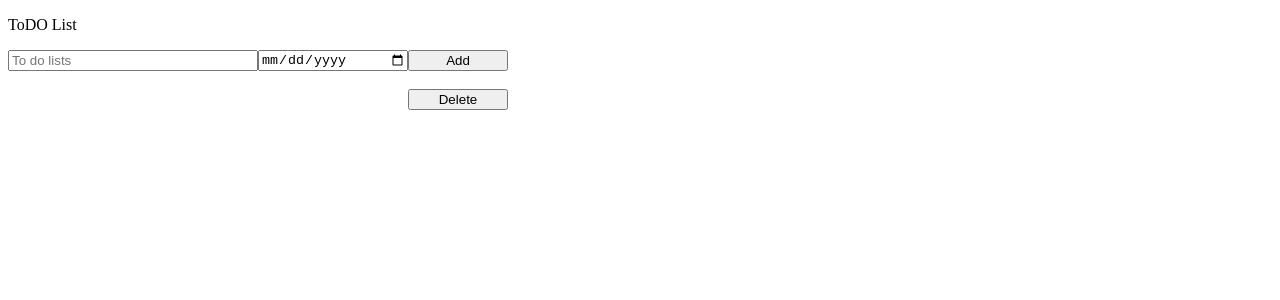
Repository: pgyunknown/ToDo-List
Page: index.html
An editor plug-in stored every save of this project. The page is shown before and after a run of saves, followed by the edit.
The browser window is 1280 px wide. The pictures show the whole page.

Above is the page before, as saved 2024-08-29 20:44:03.

After the next 2 saves:
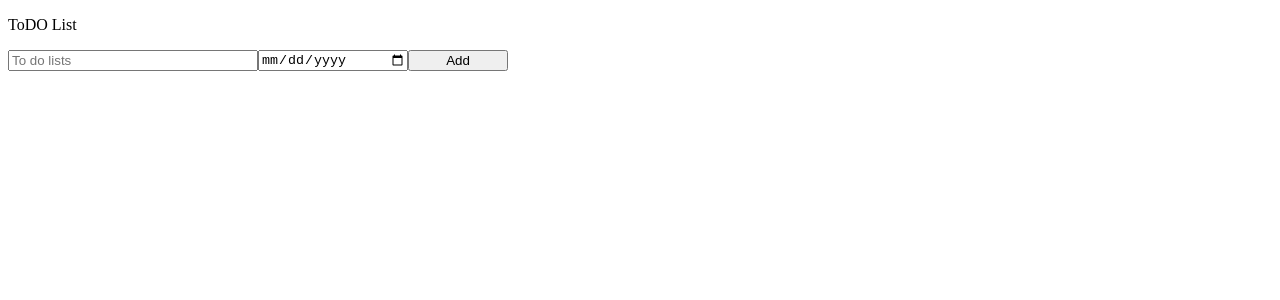
The 2 saves are shown as one change because they came seconds apart.
The last was saved 88 s later.
--- a/index.js
+++ b/index.js
@@ -13,8 +13,7 @@ function eventList(){
     const html=`
     <div >${name}</div>
     <div >${duedate}</div>
-    <button onclick="todoList.splice(${i},1);
-    eventList();">Delete</button>
+
     `;
     todoListHTML+=html;
 }
